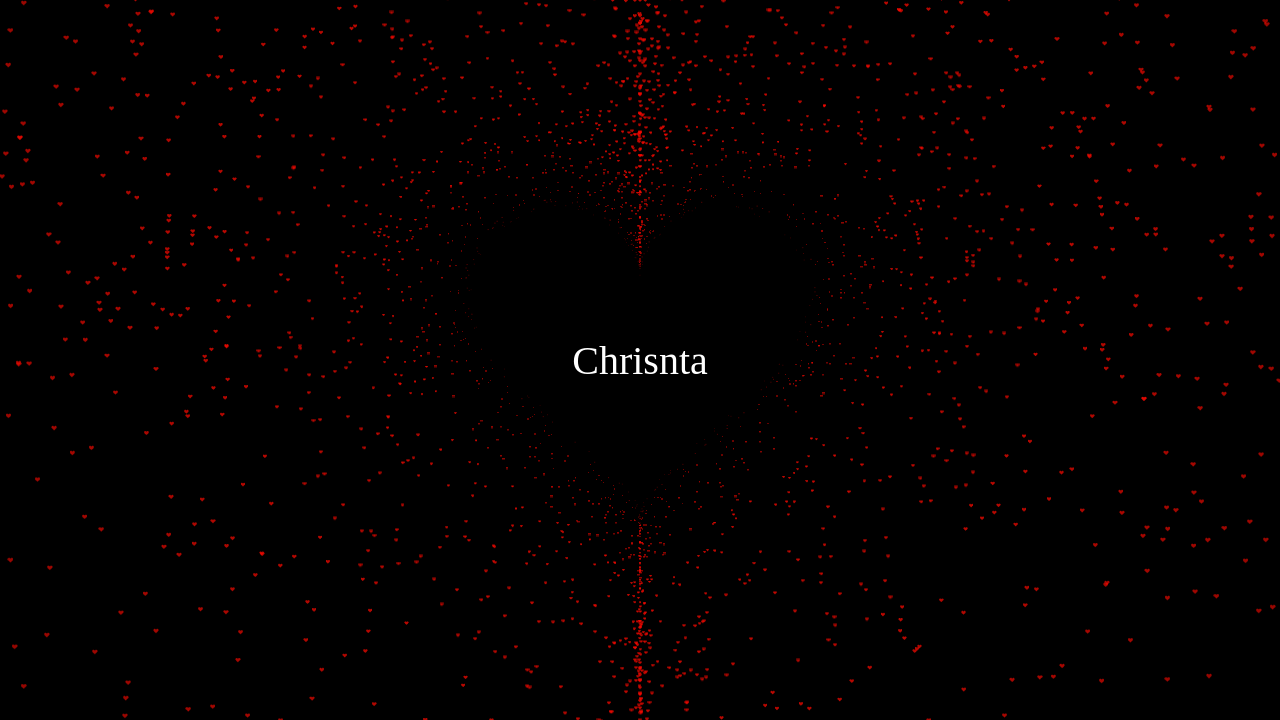
Repository: thaiduy1704/Heart
Page: index.html
These files come from the project's save history. The page is drawn as it stood at one moment and after the next save; the edit follows.
The browser window is 1280 px wide. The pictures show the whole page.

Above is the page before, as saved 2022-11-11 01:58:28.
Not found: style.css

### index.html
<!DOCTYPE HTML PUBLIC "-//W3C//DTD HTML 4.0 Transitional//EN">
<HTML>
 <HEAD>
  <TITLE> MINH IT </TITLE>
  <META NAME="Generator" CONTENT="EditPlus">
  <META NAME="Author" CONTENT="">
  <META NAME="Keywords" CONTENT="">
  <META NAME="Description" CONTENT="">
  <link rel="stylesheet" href="style.css">
  <style>
  html, body {
  height: 100%;
  padding: 0;
  margin: 0;
  background: rgba(0, 0, 0, 0.851);
}
canvas {
  position: absolute;
  width: 100%;
  height: 100%;
}
  </style>
 </HEAD>
 <BODY>
  <div class="box">
    <canvas id="pinkboard"></canvas>
  </div>
<script>
var settings = {
  particles: {
    length:   10000, // maximum amount of particles
    duration:   4, // particle duration in sec
    velocity: 80, // particle velocity in pixels/sec
    effect: 5, // play with this for a nice effect
    size:      8, // particle size in pixels
  },
};
/*
 */
(function(){var b=0;var c=["ms","moz","webkit","o"];for(var a=0;a<c.length&&!window.requestAnimationFrame;++a){window.requestAnimationFrame=window[c[a]+"RequestAnimationFrame"];window.cancelAnimationFrame=window[c[a]+"CancelAnimationFrame"]||window[c[a]+"CancelRequestAnimationFrame"]}if(!window.requestAnimationFrame){window.requestAnimationFrame=function(h,e){var d=new Date().getTime();var f=Math.max(0,16-(d-b));var g=window.setTimeout(function(){h(d+f)},f);b=d+f;return g}}if(!window.cancelAnimationFrame){window.cancelAnimationFrame=function(d){clearTimeout(d)}}}());
/*
 * Point class
 */
var Point = (function() {
  function Point(x, y) {
    this.x = (typeof x !== 'undefined') ? x : 0;
    this.y = (typeof y !== 'undefined') ? y : 0;
  }
  Point.prototype.clone = function() {
    return new Point(this.x, this.y);
  };
  Point.prototype.length = function(length) {
    if (typeof length == 'undefined')
      return Math.sqrt(this.x * this.x + this.y * this.y);
    this.normalize();
    this.x *= length;
    this.y *= length;
    return this;
  };
  Point.prototype.normalize = function() {
    var length = this.length();
    this.x /= length;
    this.y /= length;
    return this;
  };
  return Point;
})();
/*
 * Particle class
 */
var Particle = (function() {
  function Particle() {
    this.position = new Point();
    this.velocity = new Point();
    this.acceleration = new Point();
    this.age = 0;
  }
  Particle.prototype.initialize = function(x, y, dx, dy) {
    this.position.x = x;
    this.position.y = y;
    this.velocity.x = dx;
    this.velocity.y = dy;
    this.acceleration.x = dx * settings.particles.effect;
    this.acceleration.y = dy * settings.particles.effect;
    this.age = 0;
  };
  Particle.prototype.update = function(deltaTime) {
    this.position.x += this.velocity.x * deltaTime;
    this.position.y += this.velocity.y * deltaTime;
    this.velocity.x += this.acceleration.x * deltaTime;
    this.velocity.y += this.acceleration.y * deltaTime;
    this.age += deltaTime;
  };
  Particle.prototype.draw = function(context, image) {
    function ease(t) {
      return (--t) * t * t + 1;
    }
    var size = image.width * ease(this.age / settings.particles.duration);
    context.globalAlpha = 1 - this.age / settings.particles.duration;
    context.drawImage(image, this.position.x - size / 2, this.position.y - size / 2, size, size);
  };
  return Particle;
})();
/*
 * ParticlePool class
 */
var ParticlePool = (function() {
  var particles,
      firstActive = 0,
      firstFree   = 0,
      duration    = settings.particles.duration;

  function ParticlePool(length) {
    // create and populate particle pool
    particles = new Array(length);
    for (var i = 0; i < particles.length; i++)
      particles[i] = new Particle();
  }
  ParticlePool.prototype.add = function(x, y, dx, dy) {
    particles[firstFree].initialize(x, y, dx, dy);

    // handle circular queue
    firstFree++;
    if (firstFree   == particles.length) firstFree   = 0;
    if (firstActive == firstFree       ) firstActive++;
    if (firstActive == particles.length) firstActive = 0;
  };
  ParticlePool.prototype.update = function(deltaTime) {
    var i;

    // update active particles
    if (firstActive < firstFree) {
      for (i = firstActive; i < firstFree; i++)
        particles[i].update(deltaTime);
    }
    if (firstFree < firstActive) {
      for (i = firstActive; i < particles.length; i++)
        particles[i].update(deltaTime);
      for (i = 0; i < firstFree; i++)
        particles[i].update(deltaTime);
    }

    // remove inactive particles
    while (particles[firstActive].age >= duration && firstActive != firstFree) {
      firstActive++;
      if (firstActive == particles.length) firstActive = 0;
    }


  };
  ParticlePool.prototype.draw = function(context, image) {
    // draw active particles
    if (firstActive < firstFree) {
      for (i = firstActive; i < firstFree; i++)
        particles[i].draw(context, image);
    }
    if (firstFree < firstActive) {
      for (i = firstActive; i < particles.length; i++)
        particles[i].draw(context, image);
      for (i = 0; i < firstFree; i++)
        particles[i].draw(context, image);
    }
  };
  return ParticlePool;
})();
/*
 * Putting it all together
 */
(function(canvas) {
  var context = canvas.getContext('2d'),
      particles = new ParticlePool(settings.particles.length),
      particleRate = settings.particles.length / settings.particles.duration, // particles/sec
      time;

  // get point on heart with -PI <= t <= PI
  function pointOnHeart(t) {
    return new Point(
      160 * Math.pow(Math.sin(t), 3),
      130 * Math.cos(t) - 50 * Math.cos(2 * t) - 20 * Math.cos(3 * t) - 10 * Math.cos(4 * t) + 25
    );
  }

  // creating the particle image using a dummy canvas
  var image = (function() {
    var canvas  = document.createElement('canvas'),
        context = canvas.getContext('2d');
    canvas.width  = settings.particles.size;
    canvas.height = settings.particles.size;
    // helper function to create the path
    function to(t) {
      var point = pointOnHeart(t);
      point.x = settings.particles.size / 2 + point.x * settings.particles.size / 350;
      point.y = settings.particles.size / 2 - point.y * settings.particles.size / 350;
      return point;
    }
    // create the path
    context.beginPath();
    var t = -Math.PI;
    var point = to(t);
    context.moveTo(point.x, point.y);
    while (t < Math.PI) {
      t += 0.01; // baby steps!
      point = to(t);
      context.lineTo(point.x, point.y);
    }
    context.closePath();
    // create the fill
    context.fillStyle = '#f50b02';
    context.fill();
    // create the image
    var image = new Image();
    image.src = canvas.toDataURL();
    return image;
  })();

  // render that thing!
  function render() {
    // next animation frame
    requestAnimationFrame(render);

    // update time
    var newTime   = new Date().getTime() / 1000,
        deltaTime = newTime - (time || newTime);
    time = newTime;

    // clear canvas
    context.clearRect(0, 0, canvas.width, canvas.height);

    // create new particles
    var amount = particleRate * deltaTime;
    for (var i = 0; i < amount; i++) {
      var pos = pointOnHeart(Math.PI - 2 * Math.PI * Math.random());
      var dir = pos.clone().length(settings.particles.velocity);
      particles.add(canvas.width / 2 + pos.x, canvas.height / 2 - pos.y, dir.x, -dir.y);
    }

    // update and draw particles
    particles.update(deltaTime);
    particles.draw(context, image);
  }

  // handle (re-)sizing of the canvas
  function onResize() {
    canvas.width  = canvas.clientWidth;
    canvas.height = canvas.clientHeight;
  }
  window.onresize = onResize;

  // delay rendering bootstrap
  setTimeout(function() {
    onResize();
    render();
  }, 10);
})(document.getElementById('pinkboard'));
  </script>
 </BODY>
</HTML>
</HTML>
  </script>
  <div class="center-text",
  style="background-color:rgb(0, 0, 0);
        width: 100%;
        color: white ;
        height:100%;
        font-size: 40px;
        font-style: Bold;
        font-family: 'Dancing Script', cursive;
        display: flex;
        align-items: center;
        justify-content: center;
        margin-bottom: 200px;
        text-align: center;">Chrisnta</div>
 </BODY>
</HTML>
<!-- color: rgb(225, 12, 168); -->

After the next save:
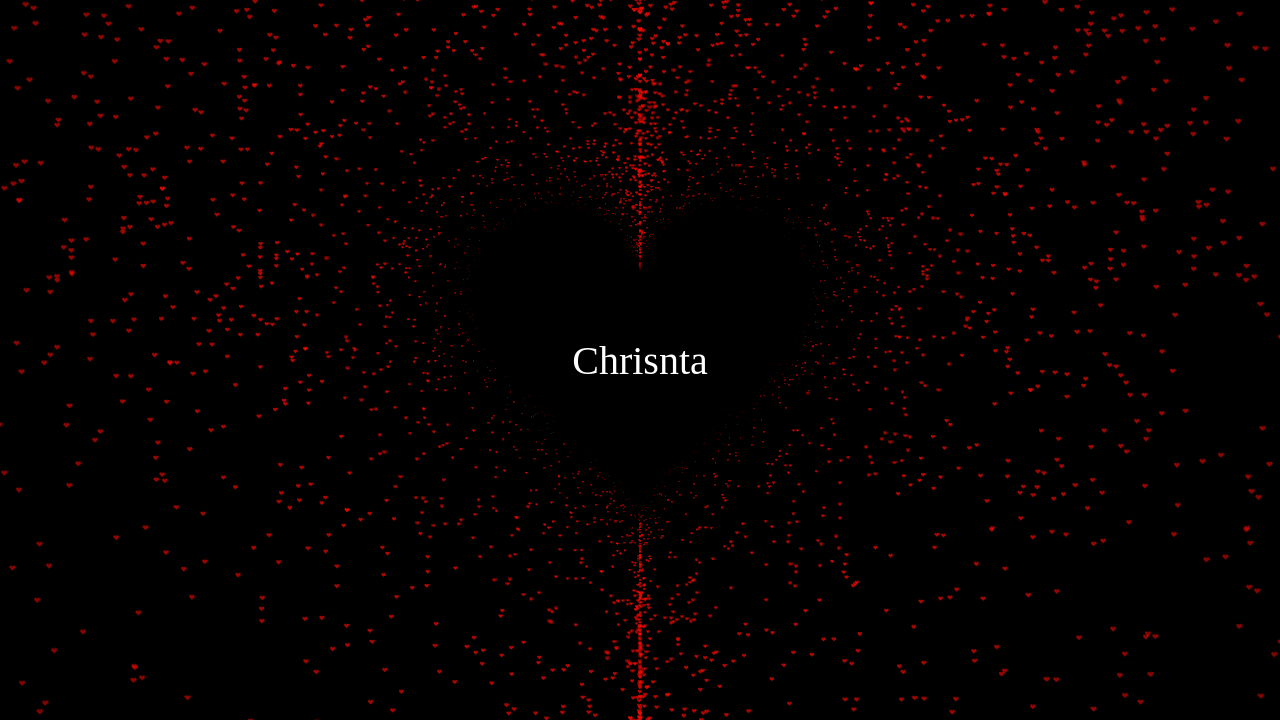
Saved 13 s later.
--- a/index.html
+++ b/index.html
@@ -31,7 +31,7 @@ var settings = {
     length:   10000, // maximum amount of particles
     duration:   4, // particle duration in sec
     velocity: 80, // particle velocity in pixels/sec
-    effect: 5, // play with this for a nice effect
+    effect: 3, // play with this for a nice effect
     size:      8, // particle size in pixels
   },
 };
